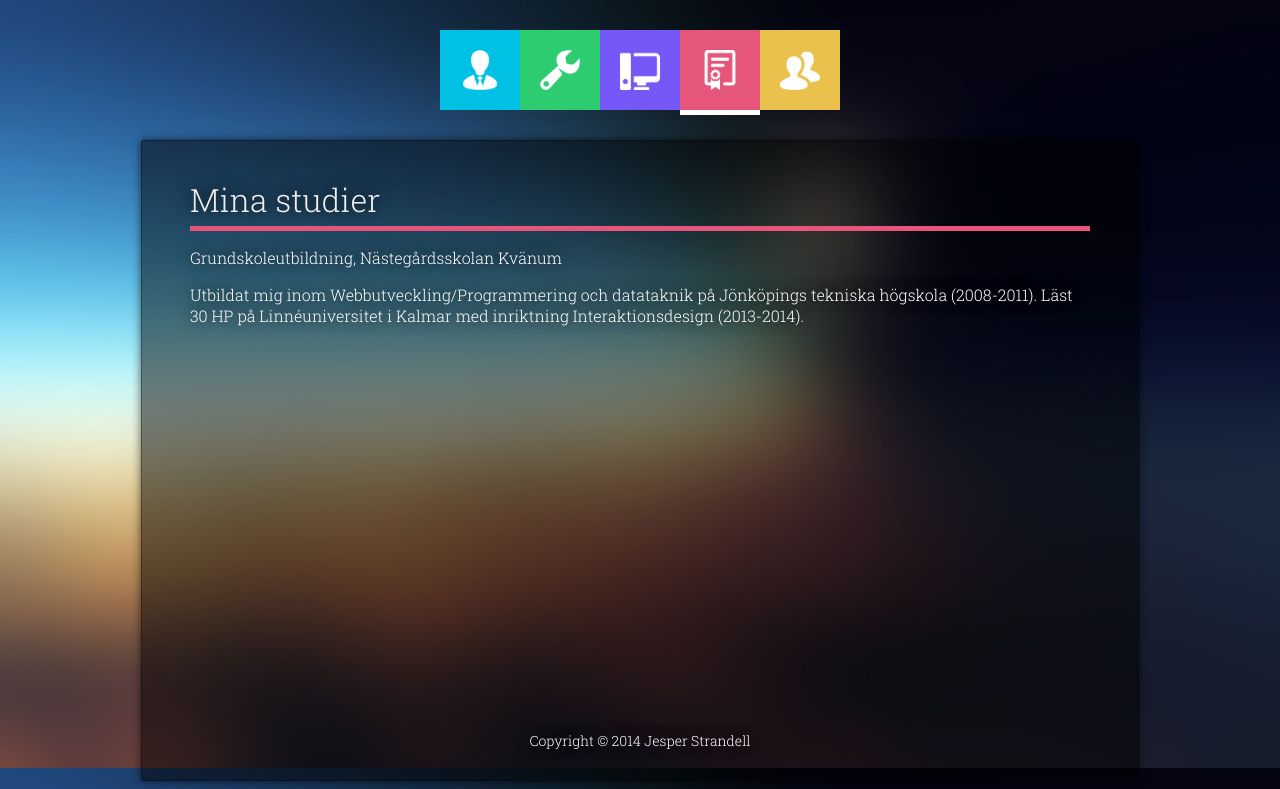
Repository: ja222vv/minipage
Page: pages/portfolio.html
The author's editor kept a record of every edit. The page is drawn from the files as they stood at one moment, then again after the next edit.
The browser window is 1280 px wide. The pictures show the whole page.
Backgrounds fixed to the window are drawn as part of the page.

Above is the page before.
Not found: pages/scripts/script.js

### pages/portfolio.html
<!doctype html>
<html lang="sv">
    <head>
        <meta charset="UTF-8" />
        <title>Studier</title>
        <link rel="stylesheet" href="../css/style.css" />
        <link rel="stylesheet" href="../css/hover.css" />
    </head>
    <body>
        <div class="menu">
            <div class="tile blue shrink" id="aboutme">
                <a href="../index.html">
            	<img src="../css/pics/personimage.png" class="icon" />
            	<span class="title"></span>
                </a>
            </div>
            <div class="tile mint shrink" id="experience">
                <a href="experience.html" id="link_exp">
            	<img src="../css/pics/wrench.png" class="icon" />
            	<span class="title"></span>
            	</a>
            </div>
            <div class="tile purple shrink shrink" id="knowledge">
                <a href="knowledge.html">
            	<img src="../css/pics/workstation.png" class="icon" />
                <span class="title"></span>
                </a>
            </div>
            <div class="tile red active shrink" id="portfolio">
            	<a href="#">
            	<img src="../css/pics/diploma.png" class="icon" />
            	<span class="title"></span>
            	</a>
            </div>
            <div class="tile yellow shrink" id="references">
                <a href="references.html">
                <img src="../css/pics/group.png" class="icon" />
            	<span class="title"></span>
                </a>
            </div>
        </div>
        <div class="container">
		    <div class="headerred">
                <h1>Mina studier</h1>
            </div>
            <div class="subcontent">
                <p>
                    Grundskoleutbildning, Nästegårdsskolan Kvänum
                </p>
                <p>

                </p>

Utbildat mig inom Webbutveckling/Programmering och datataknik på Jönköpings tekniska högskola (2008-2011).
Läst 30 HP på Linnéuniversitet i Kalmar med inriktning Interaktionsdesign (2013-2014).

                </p>
            </div>
		    <div class="footer">
		        <p>Copyright © 2014 Jesper Strandell</p>
		    </div>
        </div>
        <script type="text/javascript" src="scripts/script.js"></script>
    </body>
</html>

### css/style.css
@import url(//fonts.googleapis.com/css?family=Roboto+Slab:300);

@font-face {
    font-family: LeagueScript;
    src: url('LeagueScript.otf');
}

/*
outline: 7px solid rgba(255,255,255,0);
transition: outline .5s ease-out;
position: relative; /* outline */

html {
	background: #000 url(pics/wallpaper.jpg) no-repeat fixed center center;
	background-size: cover;
	overflow-y: scroll;
}

body {
	font-family: 'Roboto slab', serif;
	color: #FFFFFF;
	font-size: 16px;
	text-shadow: 1px 1px 15px #111;
}
img {
    border:none;
}
h1 {
  color: #eee;
  font-weight:normal;
}
.logotype {
    font-family: LeagueScript;
    font-size:36px;
    font-weight: bold;
    margin-left:30px;
    float:left;
}
.meta {
    font-size:20px;
    font-family: LeagueScript;
    text-align:center;
    margin-left:60px;
    float:left;
}
.meta p {
    margin:0;
    text-shadow: -1px -1px 15px #000000;
}
/* Menyn börjar */
.menu {
    width: 400px;
    height: 80px;
    margin-top:30px;
    margin-left:auto;
	margin-right:auto;
}
.headerblue {
    margin-left:auto;
	margin-right:auto;
	border-bottom: solid 5px #00c0e4;
}
.headermint {
    margin-left:auto;
	margin-right:auto;
	border-bottom: solid 5px #2ecc71;
}
.headerpurple {
    margin-left:auto;
	margin-right:auto;
	border-bottom: solid 5px #7658f8;
}
.headeryellow {
    margin-left:auto;
	margin-right:auto;
	border-bottom: solid 5px #eac14d;
}
.headerred {
    margin-left:auto;
	margin-right:auto;
	border-bottom: solid 5px #e6567a;
}
.headerblue h1, .headermint h1, .headerpurple h1, .headeryellow h1, .headerred h1 {
    margin-bottom: 5px;
}
.tile {
    width: 80px;
	height: 80px;
	text-align: center;
	float:left;
}
.tile > a {
	width: inherit;
	height: inherit;
	display: block;
	color: #fff;
	text-decoration: none !important;
}
.active {
    border-bottom:solid 5px #FFFFFF;
}
.blue {
    background-color: #00c0e4;
}
.mint {
    background-color: #2ecc71;
}
.purple {
    background-color: #7658f8;
}
.yellow {
    background-color: #eac14d;
}
.red {
    background-color: #e6567a;
}
.icon {
	max-width:40px;
    max-height:40px;
    width:auto;
    height:auto;
    margin-top:20px;
}
.title {
	display: block;
}
/* Menyn slutar */
/* Innehåll börjar*/
.container {
    padding: 1em 3em;
	width: 900px;
	min-height: 600px;
	margin-top: 30px;
	margin-left:auto;
	margin-right:auto;
	box-shadow: 0 0 10px rgba(0,0,0,.6);
	border-radius: 2px;
	border: 1px solid #000000;
	border: 1px solid rgba(0,0,0,.3);
	background: rgba(0,0,0,.5);
	text-shadow: -1px -1px 15px #000000;
	filter: progid:DXImageTransform.Microsoft.gradient(GradientType=0,startColorstr='#4c000000', endColorstr='#4c000000');

}
.subcontent {
    min-height: 470px;
}
.nostyle {
    list-style:none;
}
.footer {
    font-size: 14px;
    text-align:center;
}
/* Innehåll slutar*/


* {
	-webkit-touch-callout: none;
	-webkit-user-select: none;
	-khtml-user-select: none;
	-moz-user-select: none;
	-ms-user-select: none;
	user-select: none;
}

Loaded but not shown: css/hover.css (2067 lines, source omitted)

After the next edit:
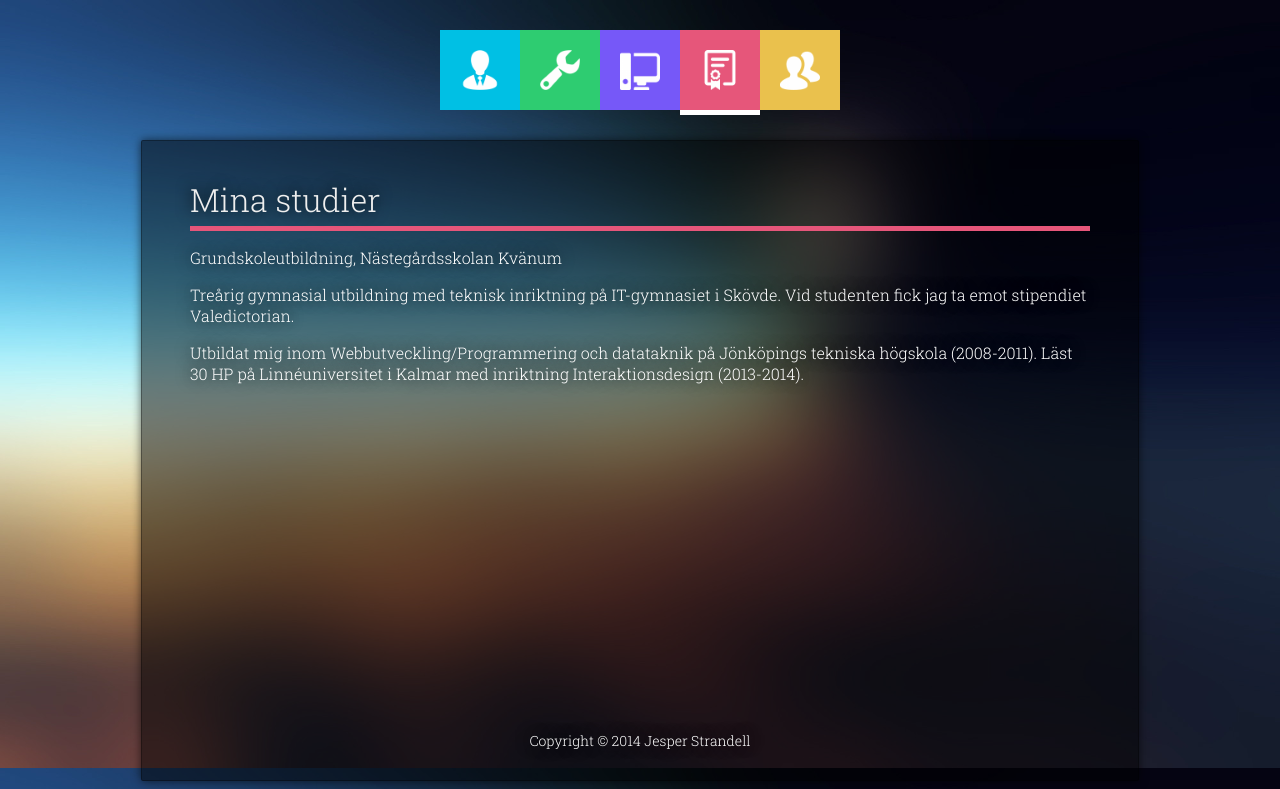
The edit:
--- a/pages/portfolio.html
+++ b/pages/portfolio.html
@@ -48,7 +48,7 @@
                     Grundskoleutbildning, Nästegårdsskolan Kvänum
                 </p>
                 <p>
-
+                    Treårig gymnasial utbildning med teknisk inriktning på IT-gymnasiet i Skövde. Vid studenten fick jag ta emot stipendiet Valedictorian.
                 </p>
 
 Utbildat mig inom Webbutveckling/Programmering och datataknik på Jönköpings tekniska högskola (2008-2011).
